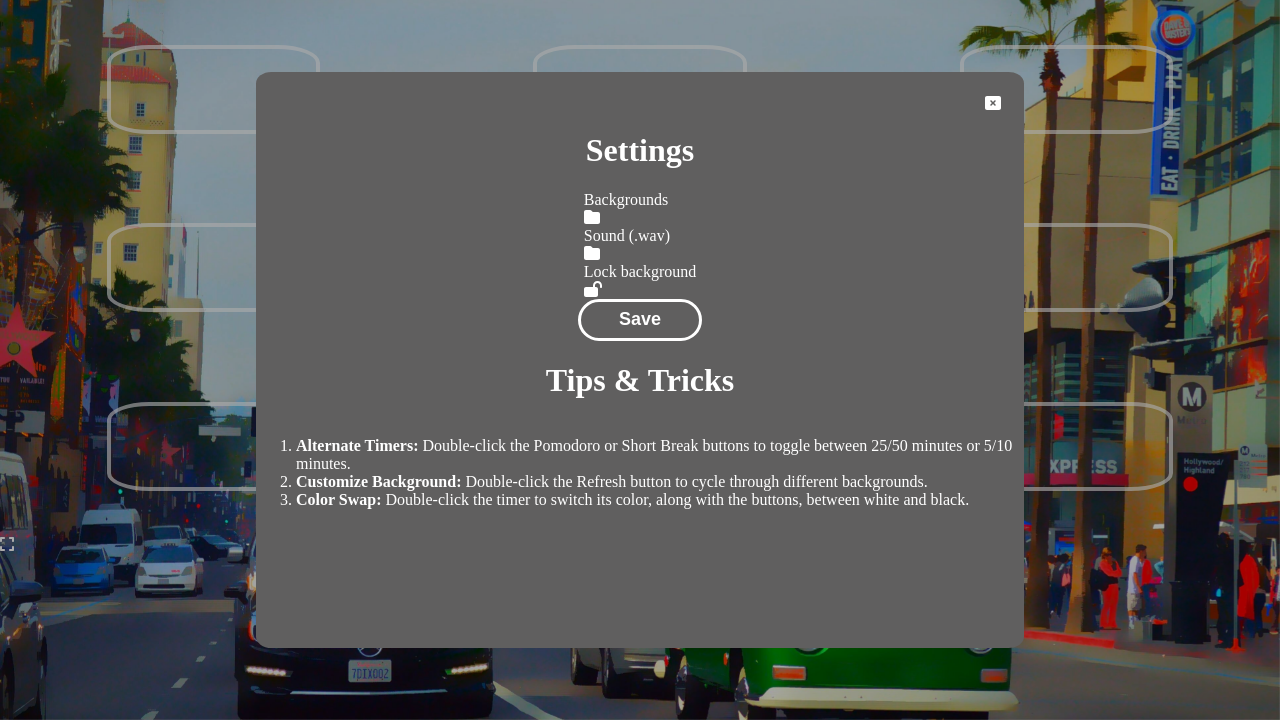
Repository: ttommytan/pomodoro
Page: /, after clicking the first element matching `svg.fa-gear`
The author's editor kept a copy of each file at every save. The page is drawn from the files as they stood at one save, then again after a run of saves.
The browser window is 1280 px wide. The pictures show the whole page.
The project was rebuilt for these pictures with package versions that can differ from the ones it lists, and the page was loaded fresh each time. Also part of the build but not shown: vite.config.js, src/components/Test.jsx, src/components/SliderComponent.jsx. Imported but missing from the stored project, and not drawn on this page: src/assets/chime.wav.

Above is the page before, as saved 2024-08-27 11:23:01.

### index.html
<!doctype html>
<html lang="en">
  <head>
    <meta charset="UTF-8" />
    <link rel="icon" type="image/svg+xml" href="/vite.svg" />
    <meta name="viewport" content="width=device-width, initial-scale=1.0" />
    <title>Pomodoro Timer</title>
    <link rel="preconnect" href="https://fonts.googleapis.com">
    <link rel="preconnect" href="https://fonts.gstatic.com" crossorigin>
    <link href="https://fonts.googleapis.com/css2?family=Space+Grotesk:wght@300..700&display=swap" rel="stylesheet">
  </head>
  <body>
    <div id="root"></div>

    <script type="module" src="/src/main.jsx"></script>
  </body>
</html>

### src/App.jsx
import { useState } from 'react'
import Test from './components/Test'
import Countdown from './components/Countdown'
import SliderComponent from './components/SliderComponent'

function App() {
  const [count, setCount] = useState(0)

  return (
    <>

    <div className=''>
        <Countdown givenTime={1500}/>
    </div>
    </>
  )
}

export default App

### src/index.css
.big-container {
  top: 0;
  left: 0;
  width: 100%;
  height: 100%;
  position: absolute;
  display: grid;
  overflow: hidden;
  margin: 0;
  padding: 0;
  background-size: cover;
  background-repeat: no-repeat;
  background-attachment: fixed;
  background-position: center;

  grid-template-areas: "top-left top-mid top-right"
                       "mid-left mid-mid mid-right"
                       "bot-left bot-mid bot-right";
}

.containers-top-left, .containers-top-mid, .containers-top-right,
.containers-mid-left, .containers-mid-mid, .containers-mid-right,
.containers-bot-left, .containers-bot-mid, .containers-bot-right {
  width:500px;
  height: 300px;
  font-family: "Space Grotesk", sans-serif;
  font-weight: 400;
  display: flex;
  flex-direction: column;
  justify-content: space-evenly;
  align-items: center;
  position: absolute;
  top: 50%;
  left: 50%;
  transform: translate(-50%, -50%);
  padding: 10px;
  user-select: none;
  -moz-user-select: none;
  -khtml-user-select: none;
  -webkit-user-select: none;
  -o-user-select: none;
  z-index: 2;
}

.containers-top-left:hover, .containers-top-mid:hover, .containers-top-right:hover,
.containers-mid-left:hover, .containers-mid-mid:hover, .containers-mid-right:hover,
.containers-bot-left:hover, .containers-bot-mid:hover, .containers-bot-right:hover
{
  cursor: pointer;
}
.containers-top-left{
  grid-area: top-left;
  padding-top: 10%;
}
.containers-top-mid {
  grid-area: top-mid;
  padding-top: 10%;
}
.containers-top-right {
  grid-area: top-right;
  padding-top: 10%;
}

.containers-mid-left {
  grid-area: mid-left;
}
.containers-mid-mid {
  grid-area: mid-mid;
}
.containers-mid-right {
  grid-area: mid-right;
}


.containers-bot-left {
  grid-area: bot-left;
  padding-bottom: 10%;
}
.containers-bot-mid {
  grid-area: bot-mid;
  padding-bottom: 10%;
}
.containers-bot-right {
  grid-area: bot-right;
  padding-bottom: 10%;
}

.top-left, .top-mid, .top-right,
.mid-left, .mid-mid, .mid-right,
.bot-left, .bot-mid, .bot-right{
  height: 50%;
  width: 50%;
  margin:auto;
  border-radius: 20%;
  border: rgba(255, 255, 255, 0.637) .3em solid;
  opacity: 1;
  background-color: rgba(0, 0, 0, 0);
}

.top-left:hover, .top-mid:hover, .top-right:hover,
.mid-left:hover, .mid-mid:hover, .mid-right:hover,
.bot-left:hover, .bot-mid:hover, .bot-right:hover{
  opacity: 1;
}

.top-leftblack, .top-midblack, .top-rightblack,
.mid-leftblack, .mid-midblack, .mid-rightblack,
.bot-leftblack, .bot-midblack, .bot-rightblack{
  height: 50%;
  width: 50%;
  margin:auto;
  border-radius: 20%;
  border: rgba(0, 0, 0, 0.637) .3em solid;
  opacity: 0;
  background-color: rgba(0, 0, 0, 0);
}

.top-leftblack:hover, .top-midblack:hover, .top-rightblack:hover,
.mid-leftblack:hover, .mid-midblack:hover, .mid-rightblack:hover,
.bot-leftblack:hover, .bot-midblack:hover, .bot-rightblack:hover{
  opacity: 1;
}

.top-left {grid-area: top-left;}
.top-mid {grid-area: top-mid;}
.top-right {grid-area: top-right;}

.mid-left {grid-area: mid-left;}
.mid-mid {grid-area: mid-mid;}
.mid-right {grid-area: mid-right;}

.bot-left {grid-area: bot-left;}
.bot-mid {grid-area: bot-mid;}
.bot-right {grid-area: bot-right;}





.inner-element {
  font-size: 80px;
  flex-wrap: wrap;
  text-align: center;
  margin:0;

}


.time {
  margin: 0;
  color: white;
}

.timeblack {
  margin: 0;
  color: black;
}


.buttons, .buttonsactive, .pause-button {
  margin: 0 5px; /* Add some space between buttons */
  cursor: pointer;
  color: white;
  border-radius: 30px;
  width: 124px;
  height: 42px;
  font-size: 18px;
  box-shadow: none;
  border: solid white;
  background-color: rgba(255, 255, 255, 0);
  font-weight: 600;

}

.buttonsactive{
  background-color: white;
  color: black;
}
.buttons:hover{
  background-color: white;
  color: black
}
.pause-button:hover{
  background-color: rgba(255, 255, 255, 0);
  color: white;
}

.buttonsblack, .buttonsactiveblack, .pause-buttonblack {
  margin: 0 5px; /* Add some space between buttons */
  cursor: pointer;
  color: black;
  border-radius: 30px;
  width: 124px;
  height: 42px;
  font-size: 18px;
  box-shadow: none;
  border: solid black;
  background-color: rgba(255, 255, 255, 0);
  font-weight: 600;

}
.buttonsactiveblack{
  background-color: black;
  color: white;
}
.buttonsblack:hover{
  background-color: black;
  color: white
}

.pause-buttonblack:hover{
  background-color: rgba(255, 255, 255, 0);
  color: black;
}

.pause-button {
  width: 100px;
  background-color: white;
  color: black
}

.pause-buttonblack {
  width: 100px;
  background-color: black;
  color: white
}


.bg-img{
  width: 100%;
  height: 100%;
  display: block;
}


.top-buttons {
  transition: opacity .8s ease-in-out;
  opacity: 1;
}

.top-buttonshide {
  opacity: 0;
  transition: opacity .8s ease-in-out;
}




.slider-container {
  max-width: 600px;
  margin: auto;
}

.slide {
  padding: 20px;
  font-size: 18px;
  text-align: center;
}

.slick-dots li button:before {
  font-size: 12px;
  color: blue; /* Change this to the color you prefer */
}

.slick-dots li.slick-active button:before {
  color: red !important; /* Change this to the color you prefer */
}

.slick-prev:before,
.slick-next:before {
  color: black; /* Change this to the color you prefer */
}

.top-right{
  position: relative;
}

.settings{
  grid-area: top-right;
  width: 45px;
  height: 45px;
  margin: auto;
  z-index: 1;
}

.outer-popup{
  position: fixed;
  top: 0;
  left: 0;
  width: 100%;
  height: 100vh;
  display: flex;
  justify-content: center;
  align-items: center;
  background-color: rgba(0, 0, 0, 0.332);
  z-index: 1000;
}

.inner-popup {
  background-color: rgb(96, 95, 95);
  width: 60%;
  height: 80%;
  display: flex;
  flex-direction: column;
  align-items: center;
  border-radius: 2%;
  z-index: 1001;
  color: white;
}

.exit{
  margin-top: 3%;
  margin-right: 3%;
  align-self: flex-end;
}
.settings-element{
  justify-content: space-between;
}

Loaded but not shown: src/main.jsx (common file); src/components/Countdown.jsx (615 lines, source omitted)

After the next 2 saves:
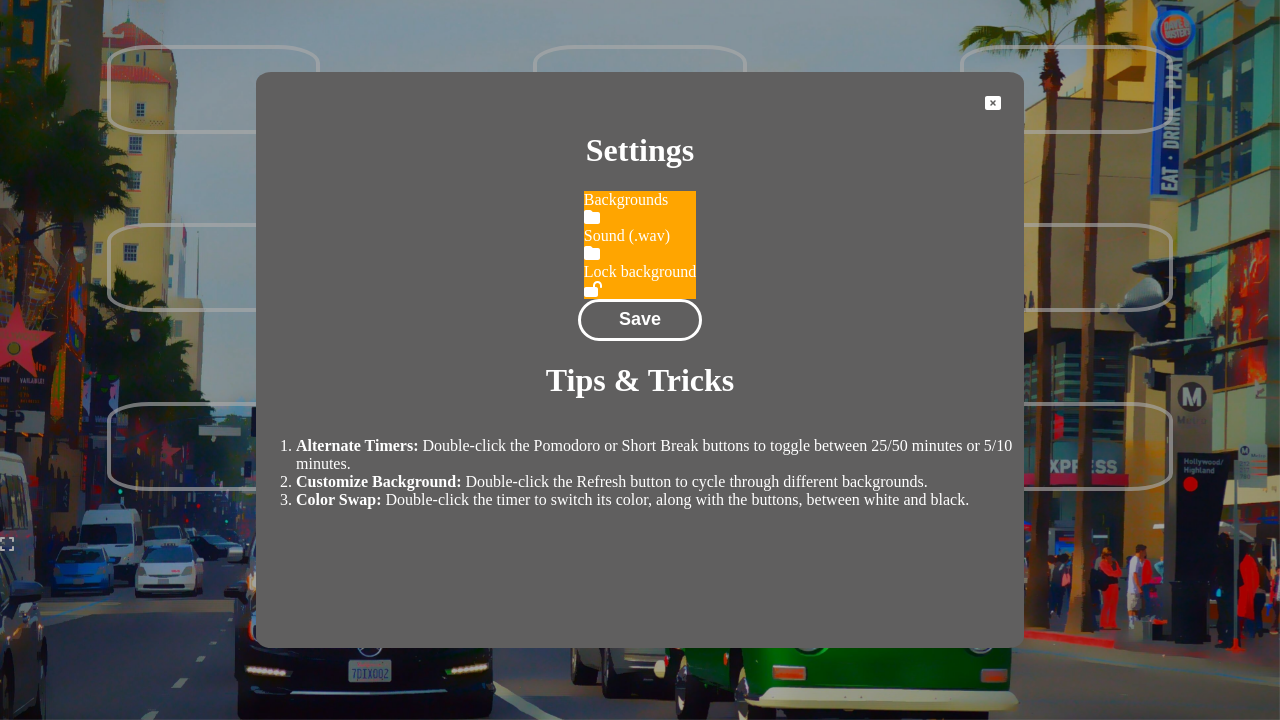
The 2 saves are shown as one change because they came seconds apart.
The last was saved 7 s later.
--- a/src/index.css
+++ b/src/index.css
@@ -315,4 +315,5 @@
 }
 .settings-element{
   justify-content: space-between;
-}
+  background-color: orange;
+}
